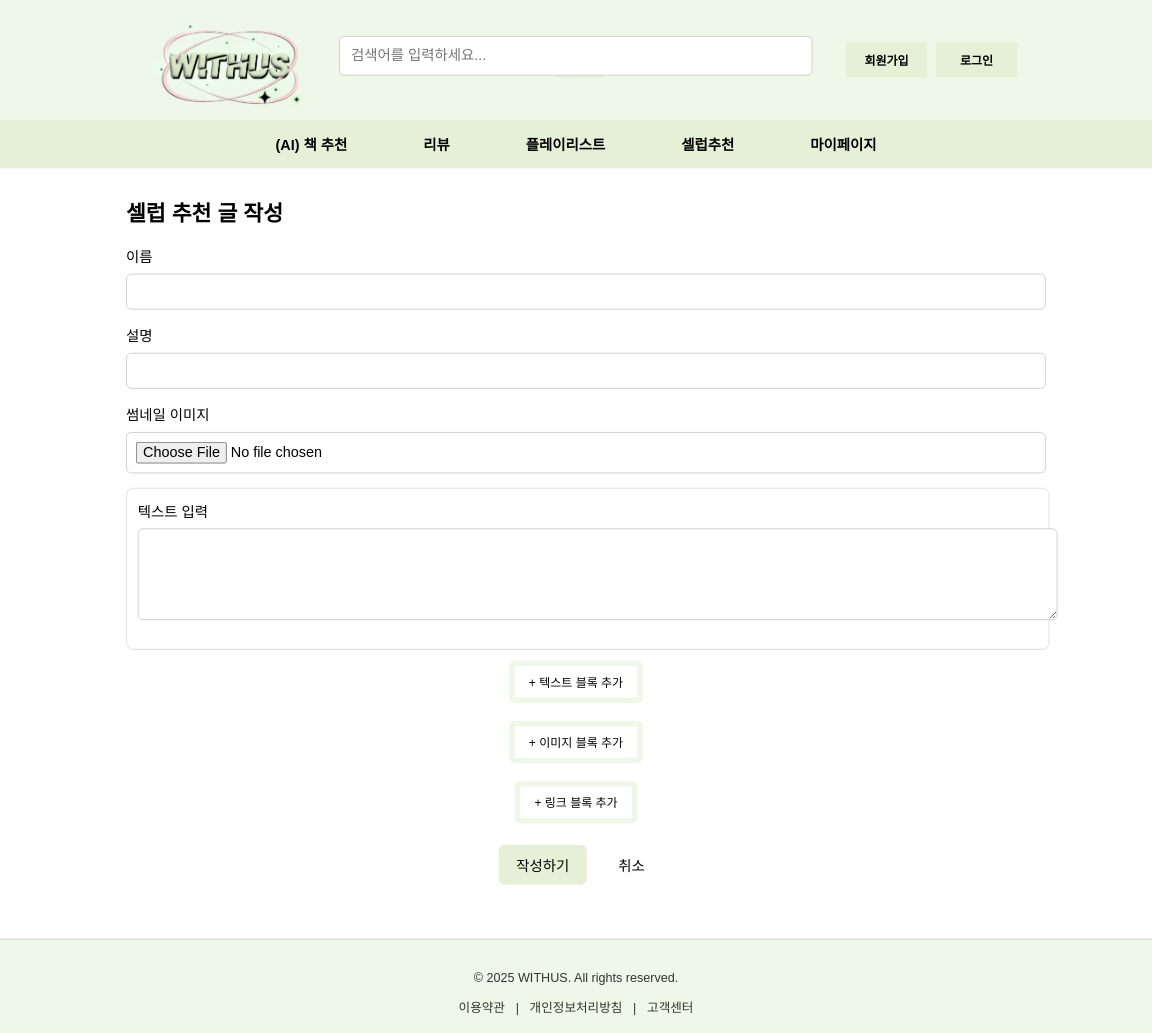
Repository: book-recommendation-team/book_recommendation_web_project
Page: http://localhost/2025_teamproject/celebForm.jsp
An editor plug-in stored every save of this project. The page is shown before and after the next save, followed by the edit.
The browser window is 1280 px wide. The pictures show the whole page, at 90% of full size.
The page is served by Tomcat 9.

Above is the page before, as saved 2025-07-03 03:57:21.

After the next save:
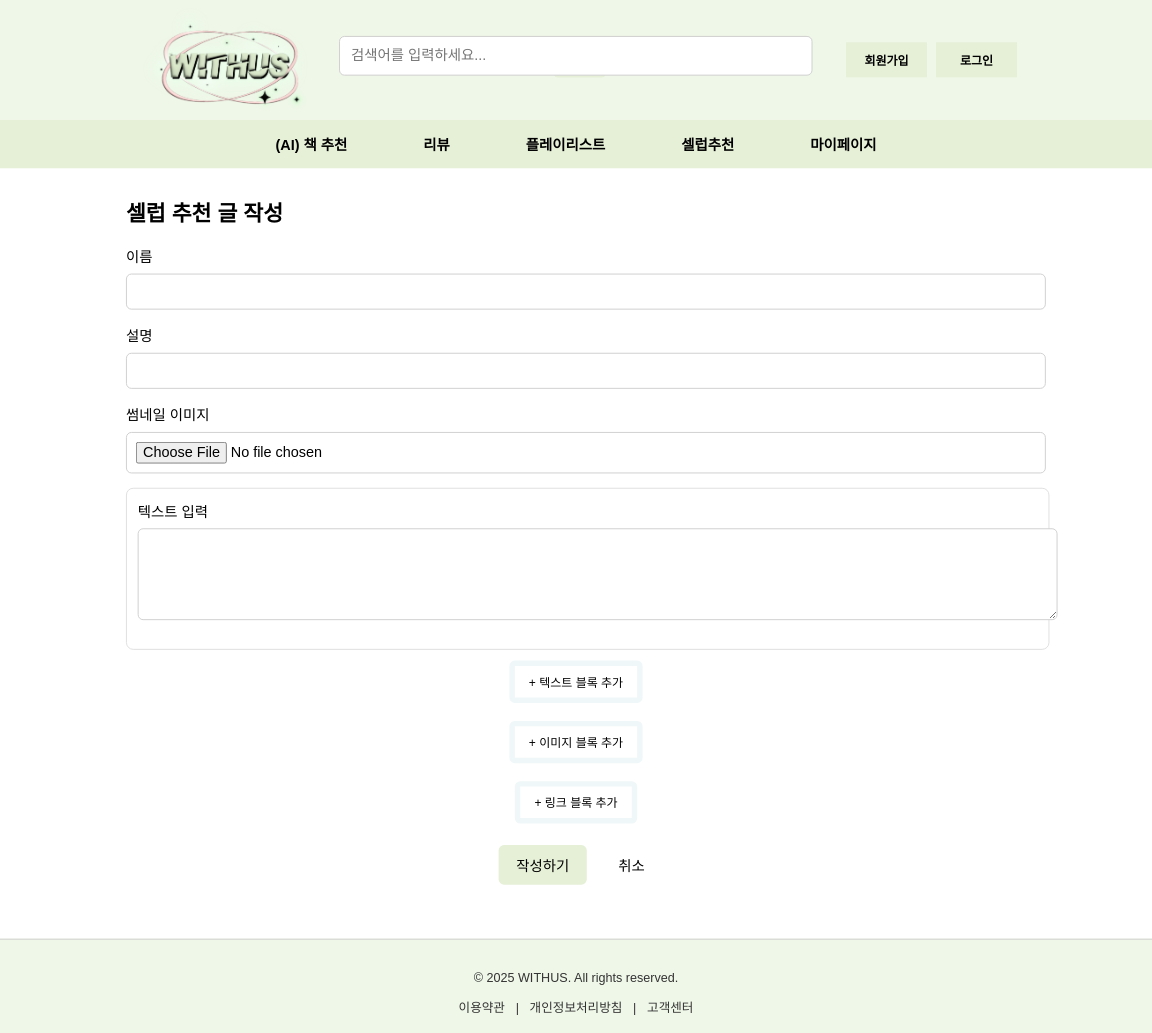
Saved 14 s later.
--- a/2025_teamproject/src/main/webapp/celebForm.jsp
+++ b/2025_teamproject/src/main/webapp/celebForm.jsp
@@ -85,7 +85,7 @@ input[type="text"], input[type="file"], textarea {
 	border-radius: 6px;
 	background-color: #fff;
 	color: black;
-	border: 6px solid #eff7e8;
+	border: 6px solid #eff7f8;
 	cursor: pointer;
 }
 </style>
